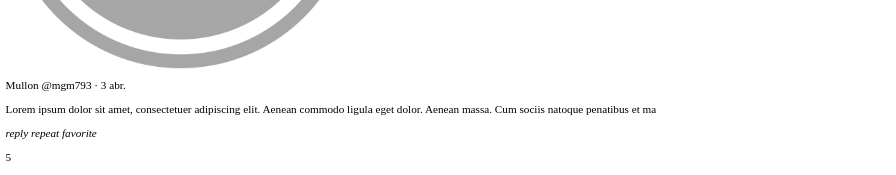
Repository: mgm793/EPAW
Page: http://localhost/Twitter/Time.jsp
These files come from the project's save history. The page is drawn as it stood at one moment and after the next save; the edit follows.
The browser window is 1280 px wide. The pictures show the part of the page from y = 948 to 2868 px (the page is 1198 px tall before and 3154 px after), at 70% of full size.
The page is served by Tomcat 9. Other server files are loaded and not shown.

Above is the page before, as saved 2017-05-22 17:42:45.

### Twitter/WebContent/Time.jsp
<div class="bodyLeft">

</div>
<div class="bodyCenter">
	<p class="type"> Timeline </p>
	<div class="input">
		<img src="imgs/logo_user.png" alt="img">
		<textarea id="inputTweet" maxlength="140" placeholder="What a hack?"></textarea>
	</div>
	<div class="tweets">
		<div class="tweet">
			<img src="imgs/logo_user.png" alt="img">
			<p class="header">
				<span class="bold">Mullon</span>
				<span class="grey">@mgm793</span>
				<span class="grey"> · </span>
				<span class="grey">3 abr.</span>
			</p>
			<p class="bodytweet">
				Lorem ipsum dolor sit amet, consectetuer adipiscing elit. Aenean commodo ligula eget dolor. Aenean massa. Cum sociis natoque penatibus et ma
			</p>
			<div class="options">
				<i class="material-icons" id="reply">reply</i>
				<i class="material-icons" id="retuit">repeat</i>
				<i class="material-icons" id="fav">favorite</i><p id="numFav">5</p>
			</div>
		</div>
	</div>
</div>
<div class="bodyRight">

</div>

After the next save:
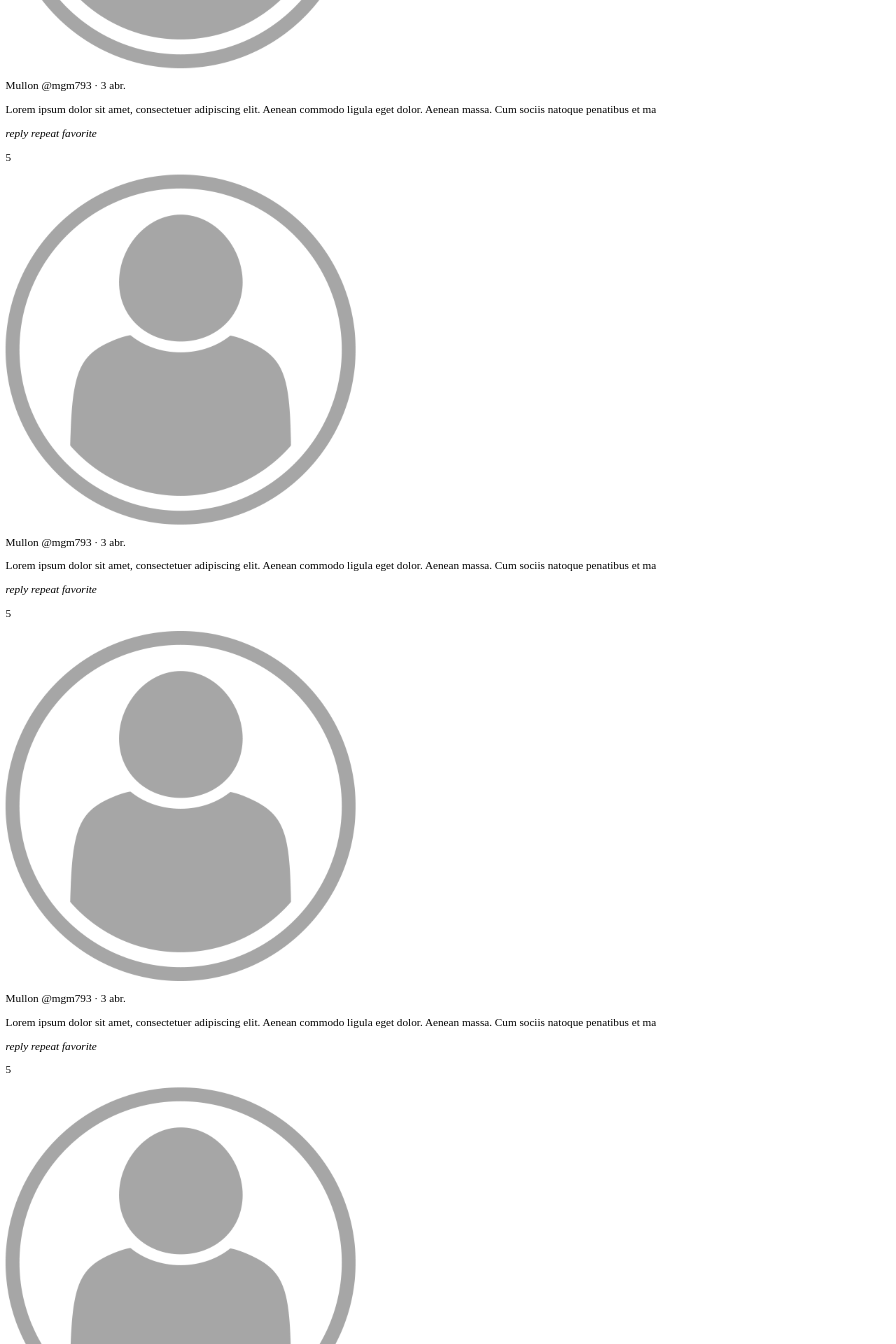
Saved 20 h 53 min later.
--- a/Twitter/WebContent/Time.jsp
+++ b/Twitter/WebContent/Time.jsp
@@ -25,6 +25,60 @@
 				<i class="material-icons" id="fav">favorite</i><p id="numFav">5</p>
 			</div>
 		</div>
+
+		<div class="tweet">
+			<img src="imgs/logo_user.png" alt="img">
+			<p class="header">
+				<span class="bold">Mullon</span>
+				<span class="grey">@mgm793</span>
+				<span class="grey"> · </span>
+				<span class="grey">3 abr.</span>
+			</p>
+			<p class="bodytweet">
+				Lorem ipsum dolor sit amet, consectetuer adipiscing elit. Aenean commodo ligula eget dolor. Aenean massa. Cum sociis natoque penatibus et ma
+			</p>
+			<div class="options">
+				<i class="material-icons" id="reply">reply</i>
+				<i class="material-icons" id="retuit">repeat</i>
+				<i class="material-icons" id="fav">favorite</i><p id="numFav">5</p>
+			</div>
+		</div>
+
+		<div class="tweet">
+			<img src="imgs/logo_user.png" alt="img">
+			<p class="header">
+				<span class="bold">Mullon</span>
+				<span class="grey">@mgm793</span>
+				<span class="grey"> · </span>
+				<span class="grey">3 abr.</span>
+			</p>
+			<p class="bodytweet">
+				Lorem ipsum dolor sit amet, consectetuer adipiscing elit. Aenean commodo ligula eget dolor. Aenean massa. Cum sociis natoque penatibus et ma
+			</p>
+			<div class="options">
+				<i class="material-icons" id="reply">reply</i>
+				<i class="material-icons" id="retuit">repeat</i>
+				<i class="material-icons" id="fav">favorite</i><p id="numFav">5</p>
+			</div>
+		</div>
+
+		<div class="tweet">
+			<img src="imgs/logo_user.png" alt="img">
+			<p class="header">
+				<span class="bold">Mullon</span>
+				<span class="grey">@mgm793</span>
+				<span class="grey"> · </span>
+				<span class="grey">3 abr.</span>
+			</p>
+			<p class="bodytweet">
+				Lorem ipsum dolor sit amet, consectetuer adipiscing elit. Aenean commodo ligula eget dolor. Aenean massa. Cum sociis natoque penatibus et ma
+			</p>
+			<div class="options">
+				<i class="material-icons" id="reply">reply</i>
+				<i class="material-icons" id="retuit">repeat</i>
+				<i class="material-icons" id="fav">favorite</i><p id="numFav">5</p>
+			</div>
+		</div>
 	</div>
 </div>
 <div class="bodyRight">
